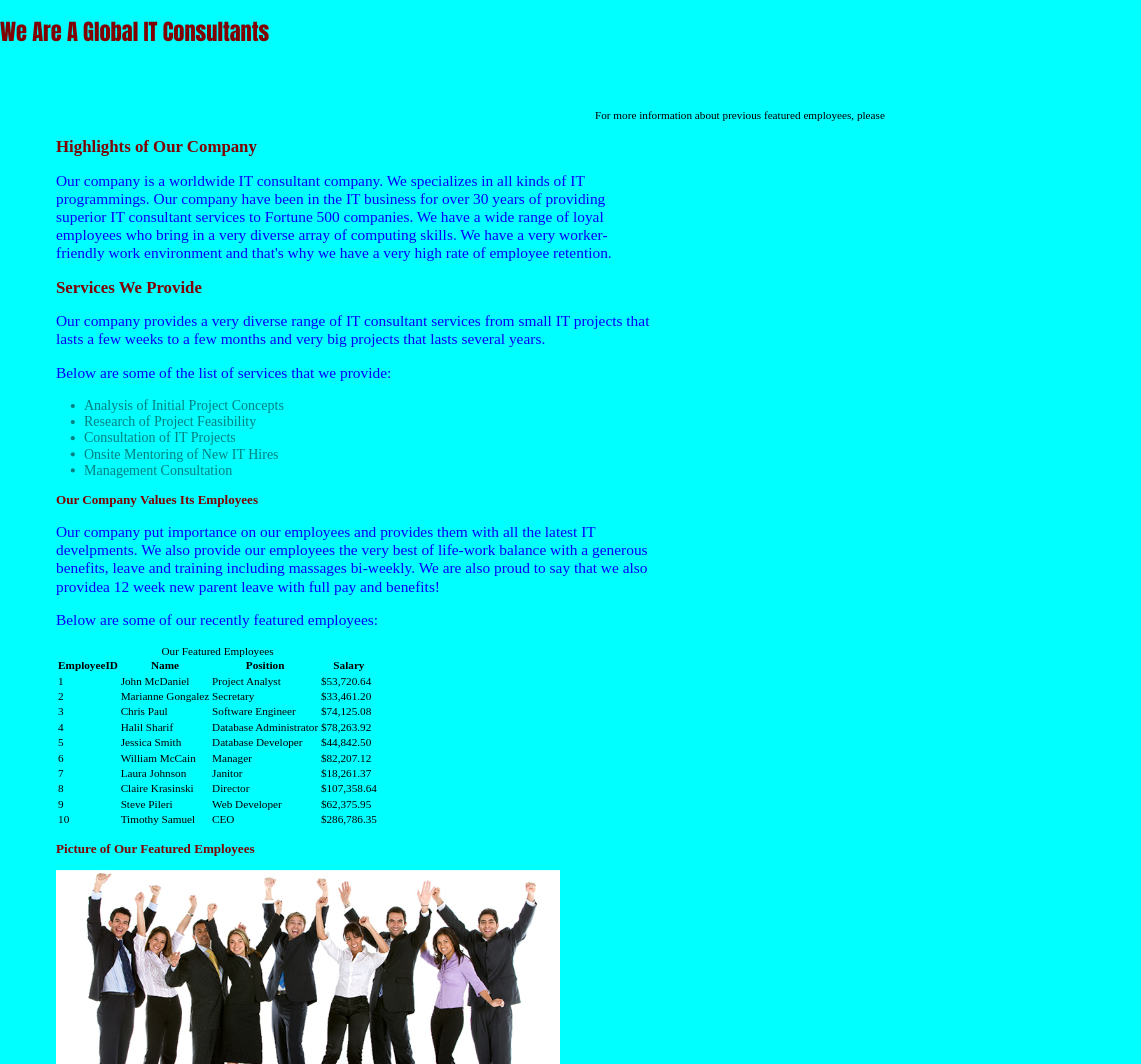
Repository: myjavaweb2/Week5JDBCAssignments
Page: http://localhost/myweek4project/
These files come from the project's save history. The page is drawn as it stood at one moment and after the next save; the edit follows.
The browser window is 1280 px wide. The page is 1630 px wide, so the pictures cover 1630 px, including what lies to the right of the window. The pictures show the part of the page from y = 0 to 1520 px (the page is 2698 px tall before and 2716 px after), at 70% of full size.
The page is served by Tomcat 9.

Above is the page before, as saved 2016-08-26 17:36:53.

After the next save:
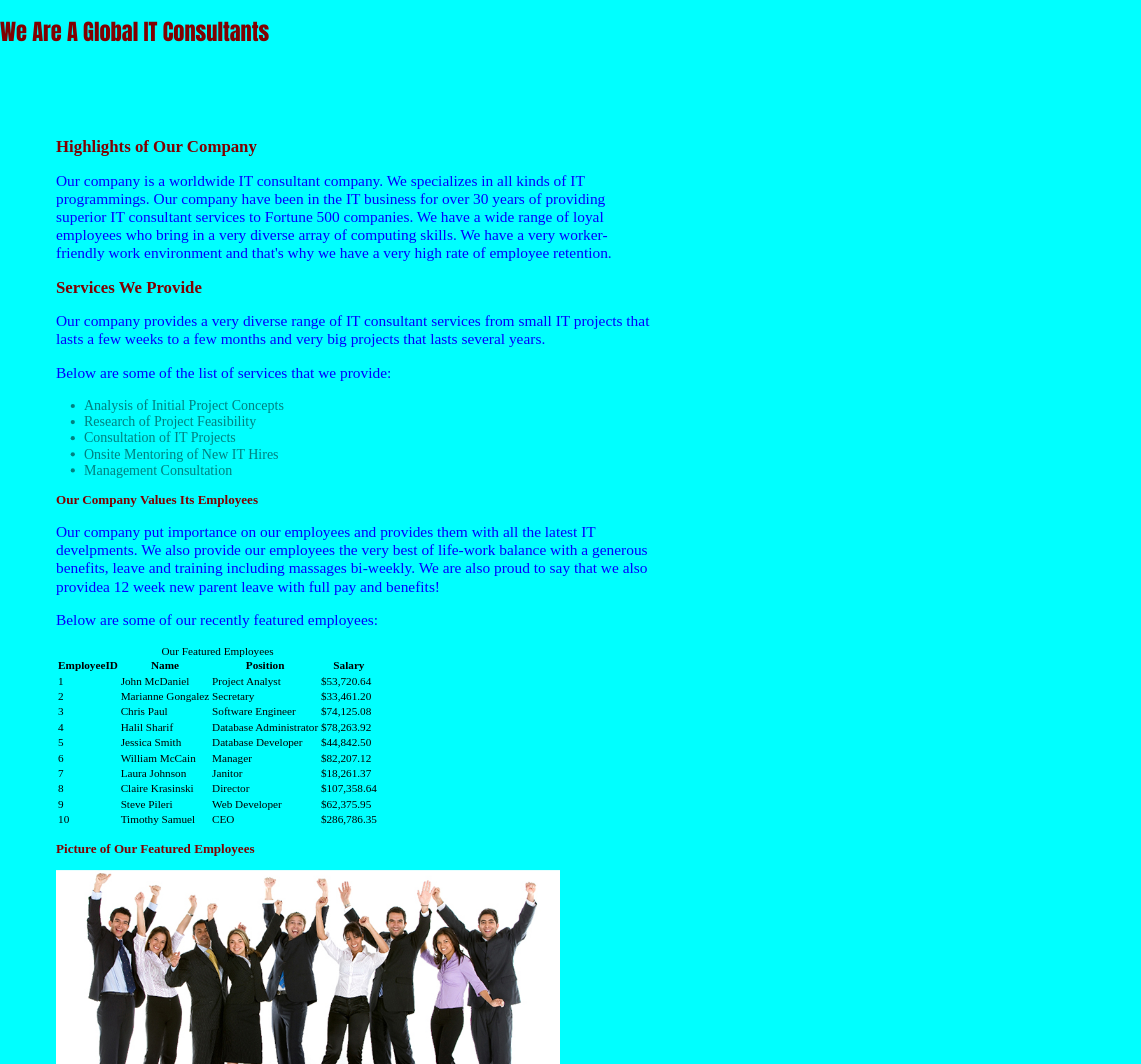
Saved 27 s later.
--- a/myweek4project/src/main/webapp/styles.css
+++ b/myweek4project/src/main/webapp/styles.css
@@ -30,7 +30,7 @@ aside {
 }
 
 footer {
-	align: center:
+	clear: right;
 }
 
 p {
